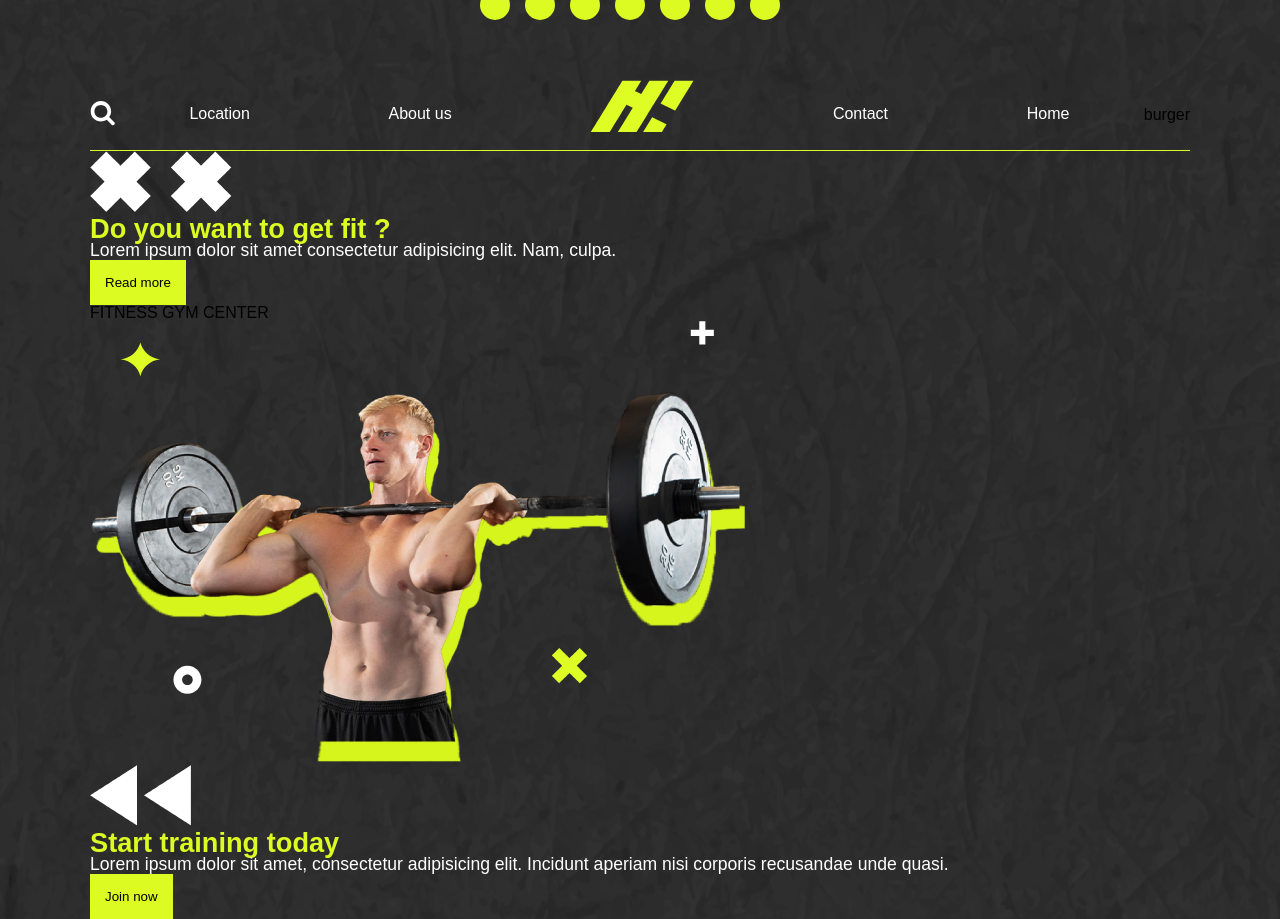
Repository: sem1103/fitness-test
Page: index.html
The author's editor kept a copy of each file at every save. The page is drawn from the files as they stood at one save, then again after the next save.
The browser window is 1280 px wide. The pictures show the whole page.

Above is the page before, as saved 2023-11-03 18:42:33.

### index.html
<!DOCTYPE html>
<html lang="en">
<head>
    <meta charset="UTF-8">
    <meta name="viewport" content="width=device-width, initial-scale=1.0">
    <title>Fitness</title>
    <link rel="stylesheet" href="style/reset.css"/>
    <link rel="stylesheet" href="style/main.css"/>
</head>
<body>
    <div id="circles">
        <ul>
            <li></li>
            <li></li>
            <li></li>
            <li></li>
            <li></li>
            <li></li>
            <li></li>
        </ul>
    </div>
    <header class="container">
        <div id="search">
            <svg version="1.2" xmlns="http://www.w3.org/2000/svg" viewBox="0 0 25 25" width="25" height="25"><style>.a{fill:#fff}</style><path fill-rule="evenodd" class="a" d="m23 24.2c-0.5 0-1 0-1.4-0.5-4.9-4.9-4.9-4.9-4.9-4.9-1.9 1.2-3.7 1.6-5.8 1.6-5.6 0-10.2-4.4-10.2-10 0-5.8 4.6-10.3 10.2-10.3 5.6 0 10.2 4.5 10.2 10.3 0 1.9-0.7 4-1.9 5.6 4.9 5.1 4.9 5.1 4.9 5.1 0.5 0.3 0.7 0.7 0.7 1.2 0 1.2-0.9 1.9-1.8 1.9zm-12.1-20.3c-3.7 0-6.5 2.8-6.5 6.5 0 3.5 2.8 6.3 6.5 6.3 3.5 0 6.5-2.8 6.5-6.3 0-3.7-3-6.5-6.5-6.5z"/></svg>
        </div>
        <nav>
            <ul>
                <li><a href="">Location</a></li>
                <li><a href="">About us</a></li>
                <li><a href=""><img src="./img/logo.png" alt="Logo"></a></li>
                <li><a href="">Contact</a></li>
                <li><a href="">Home</a></li>
            </ul>
        </nav>
        <div id="burger__menu">burger</div>
    </header>
    <main>

        <div id="intro" class="container">
            <div class="side__section">
                <div class="img">
                    <img src="img/section-one.png" alt="">
                </div>
                <h2>Do you want
                    to get fit ?</h2>
                <p>Lorem ipsum dolor sit amet consectetur adipisicing elit. Nam, culpa.</p>
                <button>Read more</button>
            </div>
            <div class="main__section">
                <h1>FITNESS GYM
                    CENTER</h1>
                <img src="img/section-two.png" alt="">
            </div>
            <div class="side__section">
                <div class="img">
                    <img src="img/section-three.png" alt="">
                </div>
                <h2>Start training
                    today</h2>
                <p>Lorem ipsum dolor sit amet, consectetur adipisicing elit. Incidunt aperiam nisi corporis recusandae unde quasi.</p>
                <button>Join now</button>
            </div>
        </div>


    </main>
</body>
</html>

### style/reset.css
html, body, div, span, applet, object, iframe,
h1, h2, h3, h4, h5, h6, p, blockquote, pre,
a, abbr, acronym, address, big, cite, code,
del, dfn, em, img, ins, kbd, q, s, samp,
small, strike, strong, sub, sup, tt, var,
b, u, i, center,
dl, dt, dd, ol, ul, li,
fieldset, form, label, legend,
table, caption, tbody, tfoot, thead, tr, th, td,
article, aside, canvas, details, embed,
figure, figcaption, footer, header, hgroup,
menu, nav, output, ruby, section, summary,
time, mark, audio, video {
	margin: 0;
	padding: 0;
	border: 0;
	font-size: 100%;
	font: inherit;
	vertical-align: baseline;
}
/* HTML5 display-role reset for older browsers */
article, aside, details, figcaption, figure,
footer, header, hgroup, menu, nav, section {
	display: block;
}
body {
	line-height: 1;
	font-family: Arial, Helvetica, sans-serif;
}
ol, ul {
	list-style: none;
}
blockquote, q {
	quotes: none;
}
blockquote:before, blockquote:after,
q:before, q:after {
	content: '';
	content: none;
}
table {
	border-collapse: collapse;
	border-spacing: 0;
}
a{
	text-decoration: none;
}

### style/main.css
.container {
    max-width: 1100px;
    margin: auto;
}

body {
    background: url(./../img/background.png) center/cover;
    min-height: 100vh;
}

#circles ul {
    display: flex;
    flex-direction: row;
    width: 100%;
    justify-content: center;
    gap: 15px;
    margin: -10px;
}

#circles li {
    padding: 15px;
    border-radius: 50%;
    background-color: #dbfb23;
}

header {
    padding: 70px 0 0 0;
    border-bottom: 1px solid #dbfb23;
}

header,
nav ul {
    display: flex;
    flex-direction: row;
    justify-content: space-between;
    align-items: center;
}

nav {
    flex-basis: 80%;
}

nav ul {
    align-items: stretch;
}

nav li {
    display: flex;
    align-items: center;
    transition: all .3s ease-in-out;
    border-bottom: 2px solid transparent;
}
nav li:nth-child(3){
    margin: 0 0 15px 0;
    border: 0;
}
nav a {
    color: #fff;
}

nav li:hover {
    color: #dbfb23;
    transition: all .3s ease-in-out;
    border-color: #fff;
}
h2{
    color: #dbfb23;
    font-size: 1.7rem;
    font-weight: 600;
}
#intro p{
    color: #fff;
    font-size: 1.1rem;
}

#intro button{
    border: 0;
    outline: 0;
    padding: 15px;
    background-color: #dbfb23;
}

After the next save:
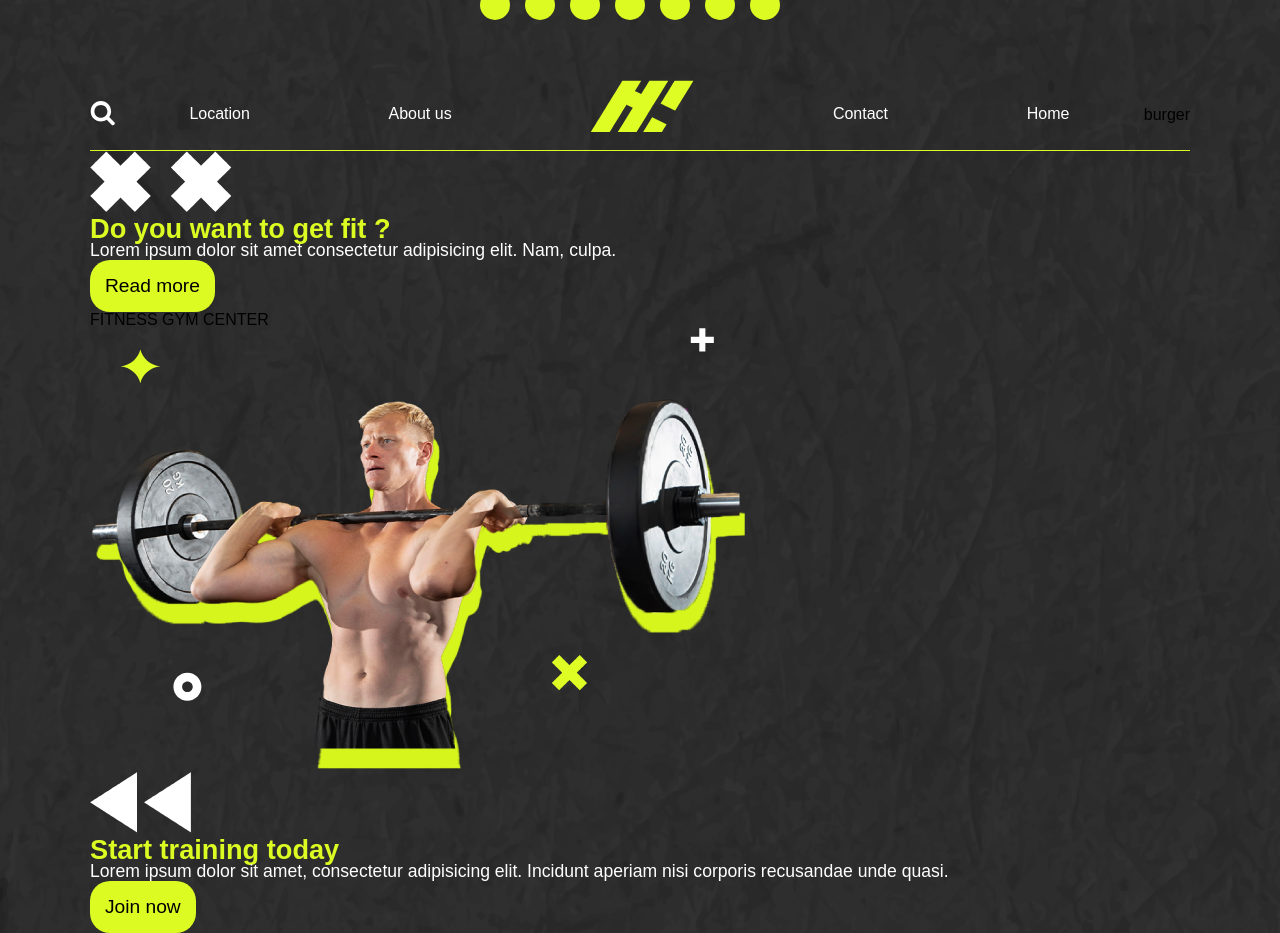
Saved 21 s later.
--- a/style/main.css
+++ b/style/main.css
@@ -78,4 +78,6 @@
     outline: 0;
     padding: 15px;
     background-color: #dbfb23;
+    border-radius: 20px;
+    font-size: 1.2rem;
 }
